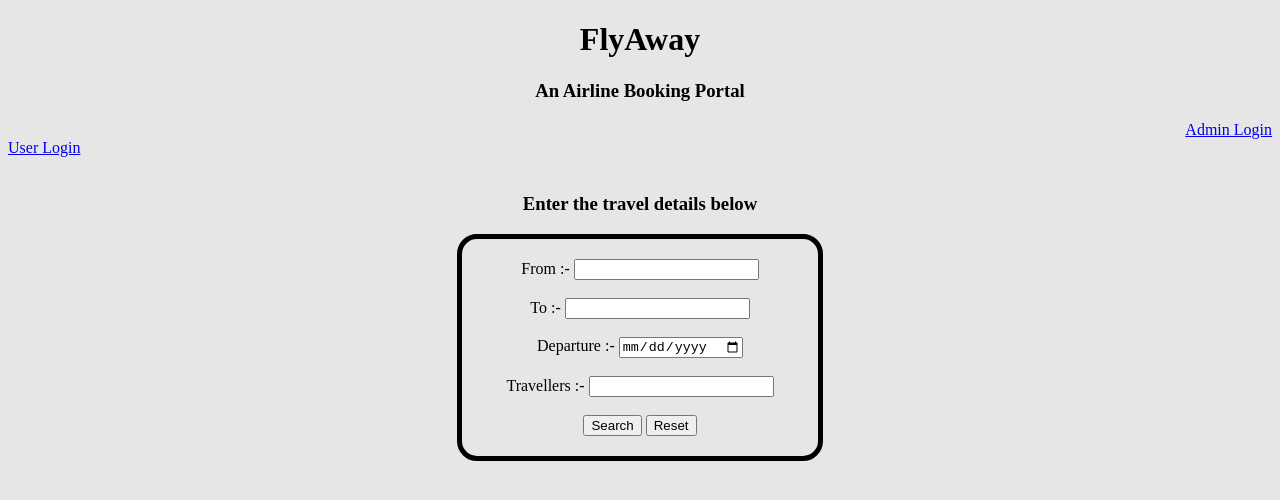
Repository: badrilogaram/Phase-two-project
Page: http://localhost/FlyAway-master/HomePage.jsp
An editor plug-in stored every save of this project. The page is shown before and after the next save, followed by the edit.
The browser window is 1280 px wide. The pictures show the whole page.
The page is served by Tomcat 9. Other server files are loaded and not shown.

Above is the page before, as saved 2021-05-27 22:59:40.

### FlyAway-master/src/main/webapp/HomePage.jsp
<%@ page language="java" contentType="text/html; charset=ISO-8859-1"
    pageEncoding="ISO-8859-1"%>
<%@ page import="java.util.*" %>
<!DOCTYPE html>
<html>
<head>
<meta charset="ISO-8859-1">
<title>FlyAway</title>
</head>
<body style="background-color:rgb(230,230,230)">
<h1><center>FlyAway</center></h1>
<h3><center>An Airline Booking Portal</center></h3>

<div align="right">
<a href="AdminPage.jsp">Admin Login</a>
</div>

<%
	@SuppressWarnings("unchecked")
	HashMap<String,String> user=(HashMap<String,String>)session.getAttribute("user");
	if(user!=null){
%>
<p>Welcome <%=user.get("name") %></p>
<a href="Logout">Logout</a>
<%
	}else{
%>
<a href=UserPage.jsp>User Login</a>
<%
	}
%>
<br><br>
<center>
<h3>Enter the travel details below</h3>
<div style="border:5px solid black;width:25%;border-radius:20px;padding:20px" align = "center">
<form action=FlightList method=post>
	<label for=from>From :-</label> <input type=text name=from id=from/><br><br>
	<label for=to>To :-</label> <input type=text name=to id=to/><br><br>
	<label for=departure>Departure :-</label> <input type=date name=departure id=departure/><br><br>
	<label for=travellers>Travellers :-</label> <input type=number name=travellers id=travellers/><br><br>
	<input type=submit value=Search /> <input type=reset />
</form>
</center>
</div>
</body>
</html>

After the next save:
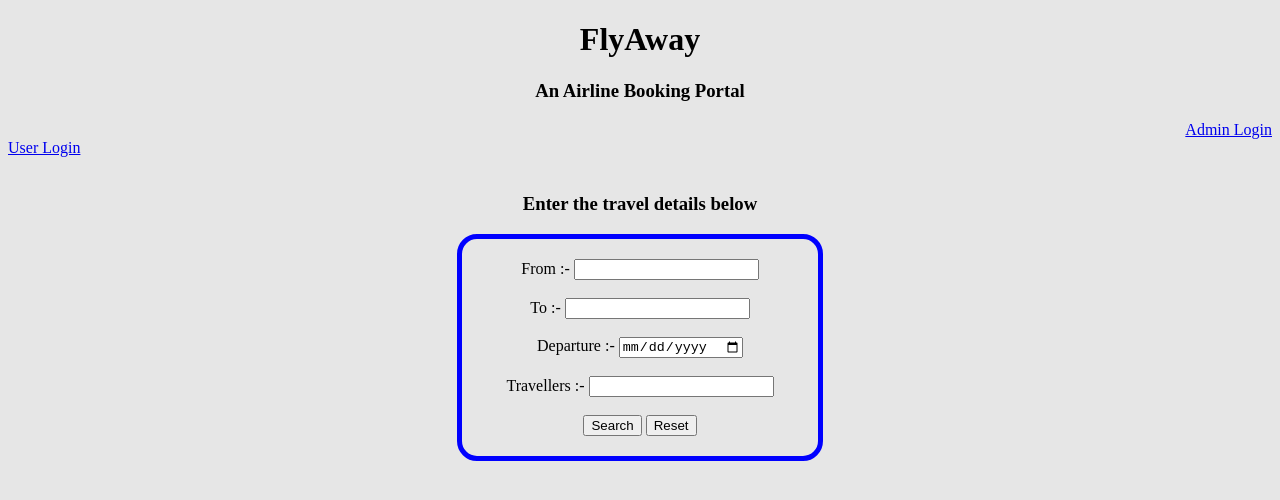
Saved 18 s later.
--- a/FlyAway-master/src/main/webapp/HomePage.jsp
+++ b/FlyAway-master/src/main/webapp/HomePage.jsp
@@ -32,7 +32,7 @@
 <br><br>
 <center>
 <h3>Enter the travel details below</h3>
-<div style="border:5px solid black;width:25%;border-radius:20px;padding:20px" align = "center">
+<div style="border:5px solid blue;width:25%;border-radius:20px;padding:20px" align = "center">
 <form action=FlightList method=post>
 	<label for=from>From :-</label> <input type=text name=from id=from/><br><br>
 	<label for=to>To :-</label> <input type=text name=to id=to/><br><br>
